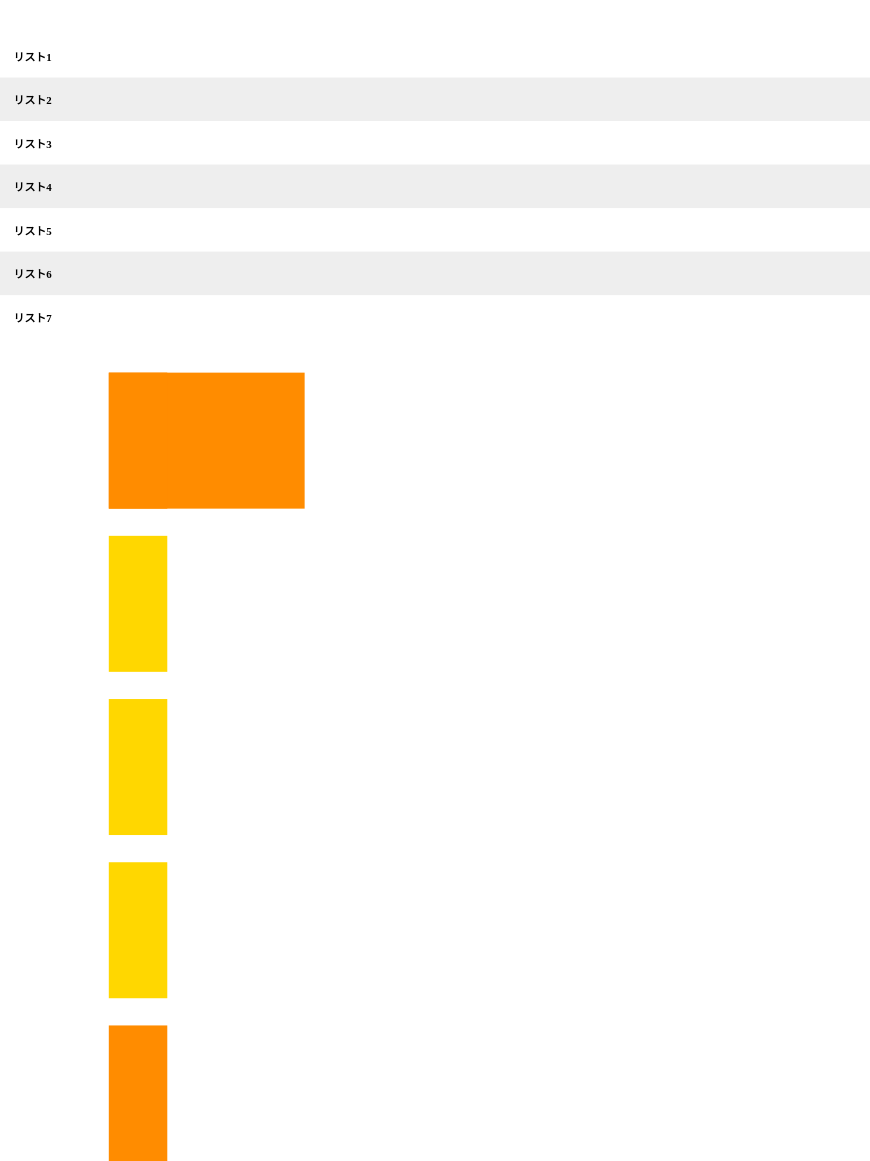
Repository: Tyubyasa/abc
Page: chapter8/chapter8.html
The author's editor kept a record of every edit. The page is drawn from the files as they stood at one moment, then again after the next edit.
The browser window is 1280 px wide. The pictures show the whole page, at 68% of full size.

Above is the page before.

After the next edit:
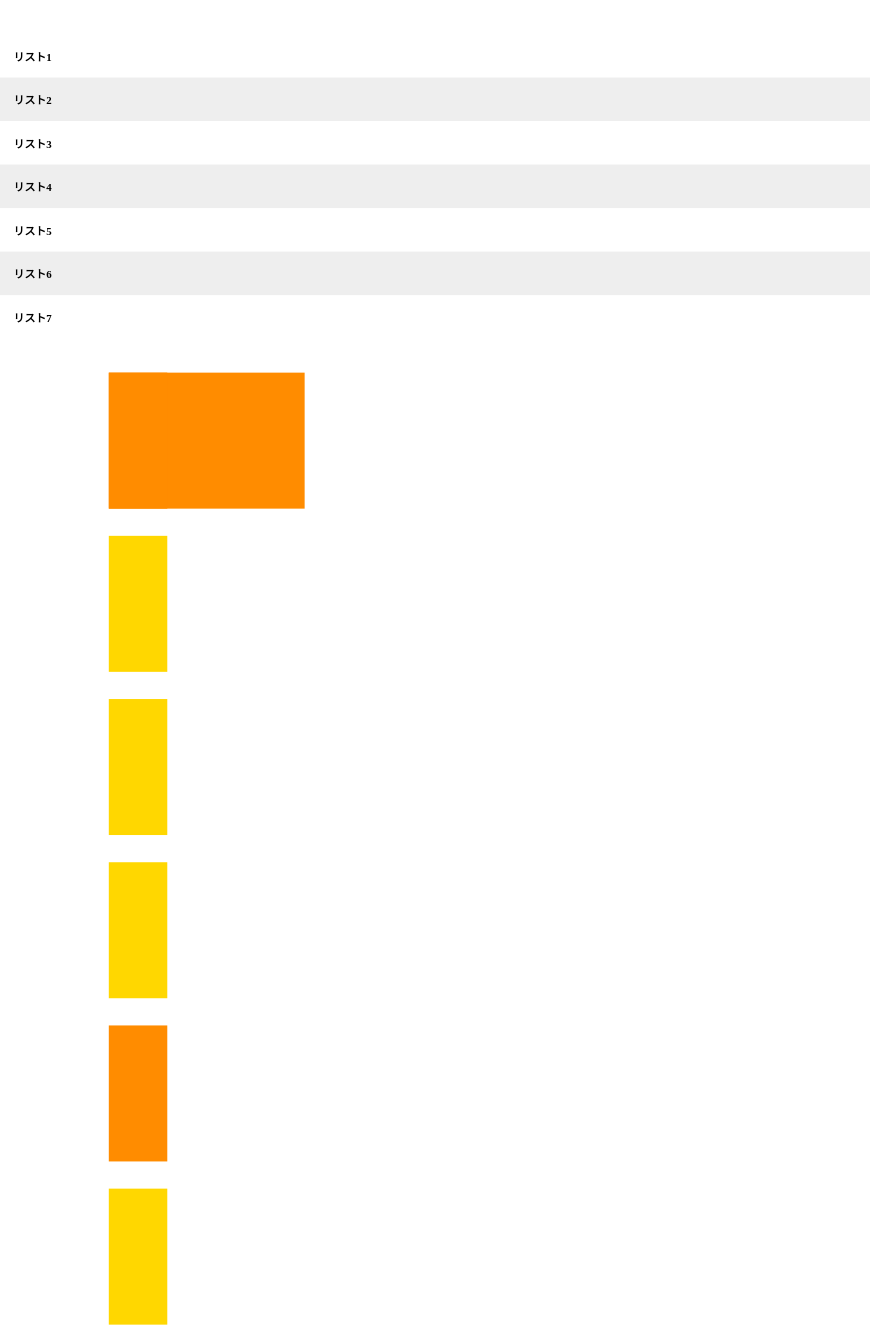
The edit:
--- a/chapter8/chapter8.html
+++ b/chapter8/chapter8.html
@@ -53,7 +53,7 @@
                </div>
               <div class="box">
                  </div>
-                <div class="box6">
+                <div class="box">
                    </div>
                   <div class="box7">
                      </div>
